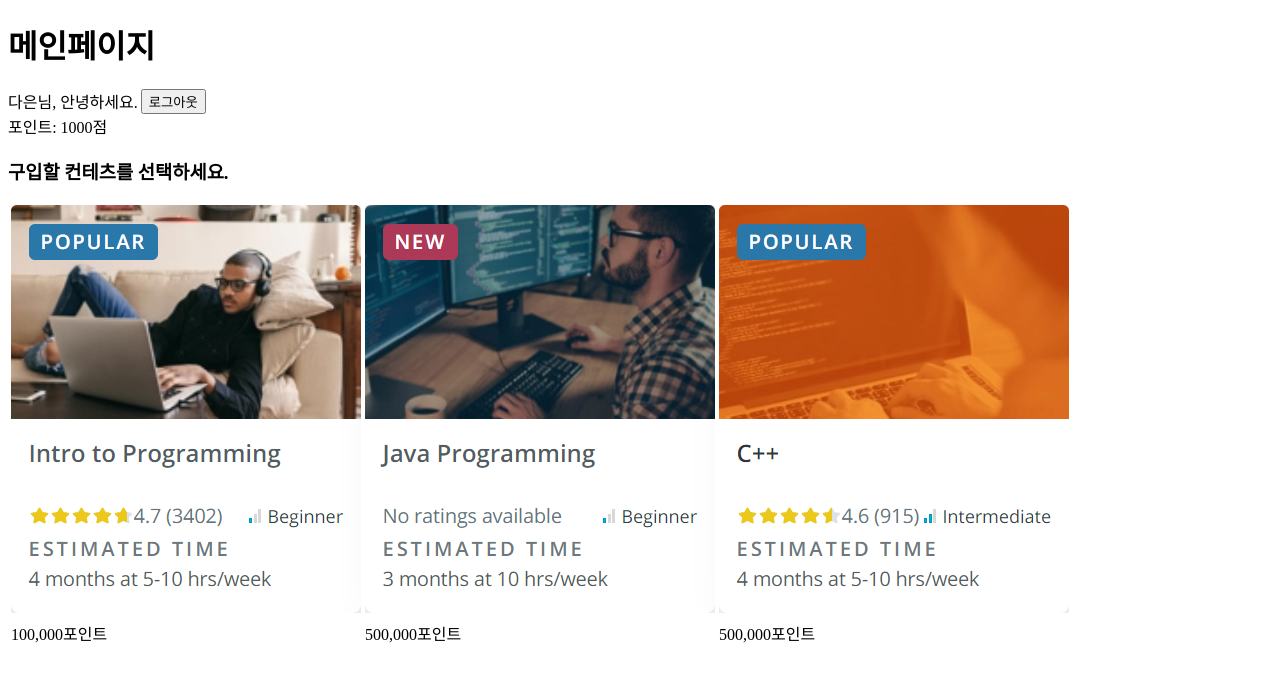
Repository: euniiee/test11
Page: http://localhost/Project/main.jsp
The author's editor kept a copy of each file at every save. The page is drawn from the files as they stood at one save, then again after the next save.
The browser window is 1280 px wide. The pictures show the whole page.
The page is served by Tomcat 9. Other server files are loaded and not shown.

Above is the page before, as saved 2023-02-01 02:21:10.

### Project/WebContent/main.jsp
<%@ page language="java" contentType="text/html; charset=UTF-8"
    pageEncoding="UTF-8"%>
<!DOCTYPE html>
<html>
<head>
<meta charset="UTF-8">
<title>Insert title here</title>
</head>
<body>
<div>
	<header>
		<h1>메인페이지</h1>
		<div>
			<div style="display:flex;">
				<div style="margin-right:3px">다은님, 안녕하세요. </div>
				<input type="submit" value="로그아웃">
			</div>
			<div>포인트: 1000점 </div>
		</div>
	</header>
	<h3>구입할 컨테츠를 선택하세요.</h3>
	<table>
		<tr>
			<td><img src="Intro_350_408.png"></td>
			<td><img src="Java_350_408.png"></td>
			<td><img src="Cpp_350_408.png"></td>
		</tr>
		<tr>
			<td>100,000포인트</td>
			<td>500,000포인트</td>
			<td>500,000포인트</td>
		</tr>
	</table>
</div>
</body>
</html>

After the next save:
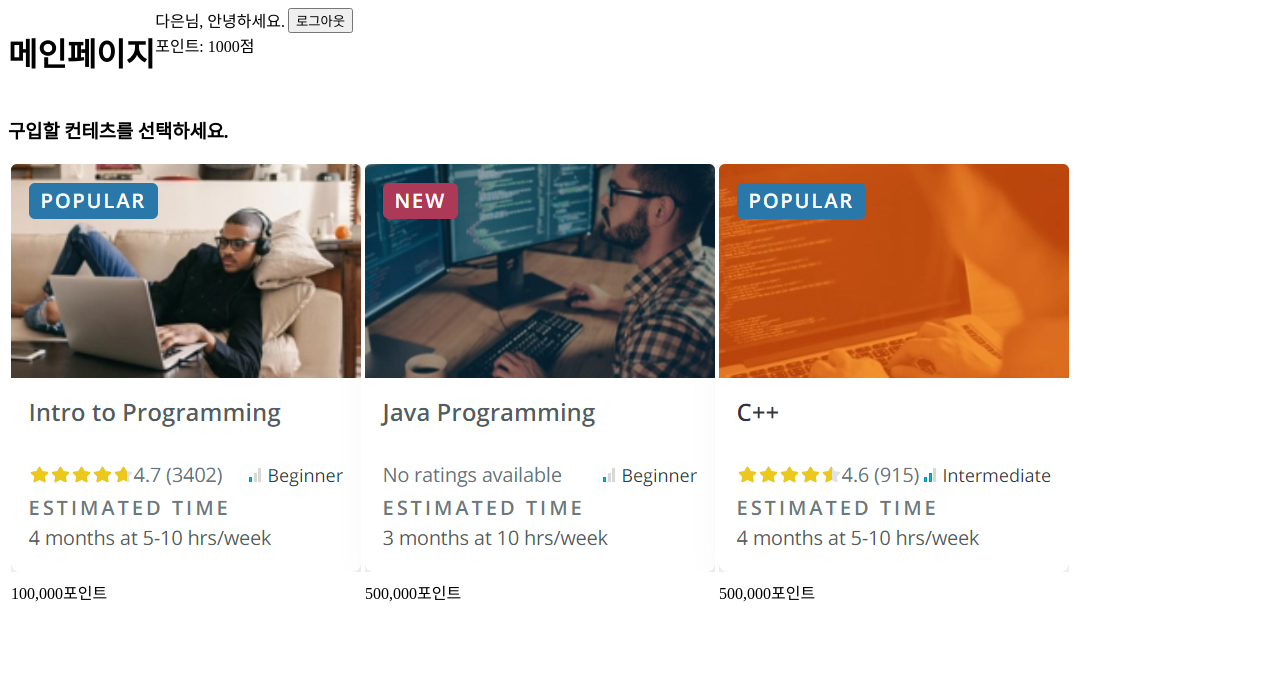
Saved 22 s later.
--- a/Project/WebContent/main.jsp
+++ b/Project/WebContent/main.jsp
@@ -8,7 +8,7 @@
 </head>
 <body>
 <div>
-	<header>
+	<header style="display:flex;">
 		<h1>메인페이지</h1>
 		<div>
 			<div style="display:flex;">
